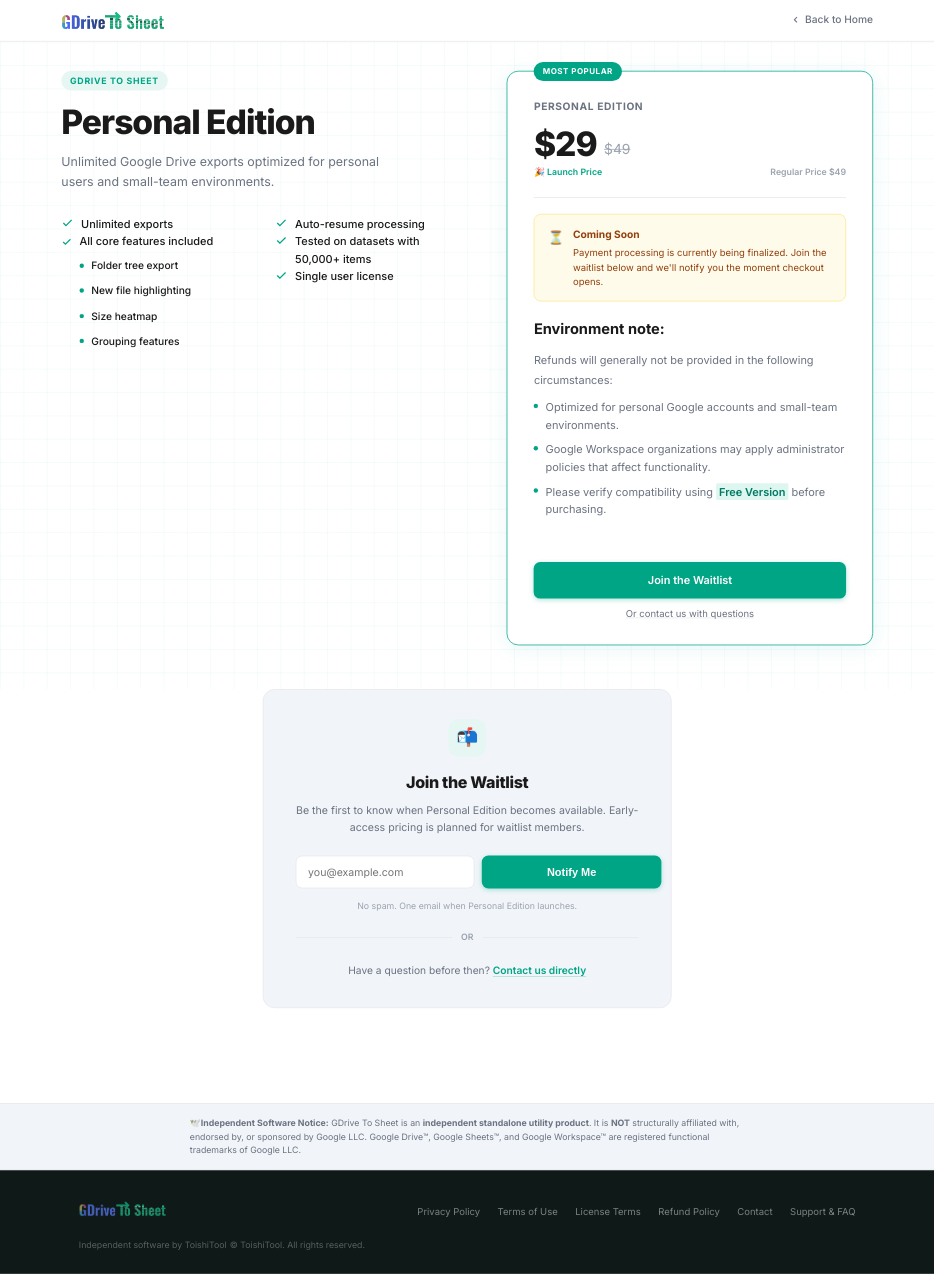
Repository: toishitool/gdrive-to-sheet
Page: personal-edition.html
The author's editor kept a copy of each file at every save. The page is drawn from the files as they stood at one save, then again after the next save.
The browser window is 1280 px wide. The pictures show the whole page, at 73% of full size.

Above is the page before, as saved 2026-06-21 22:05:48.

After the next save:
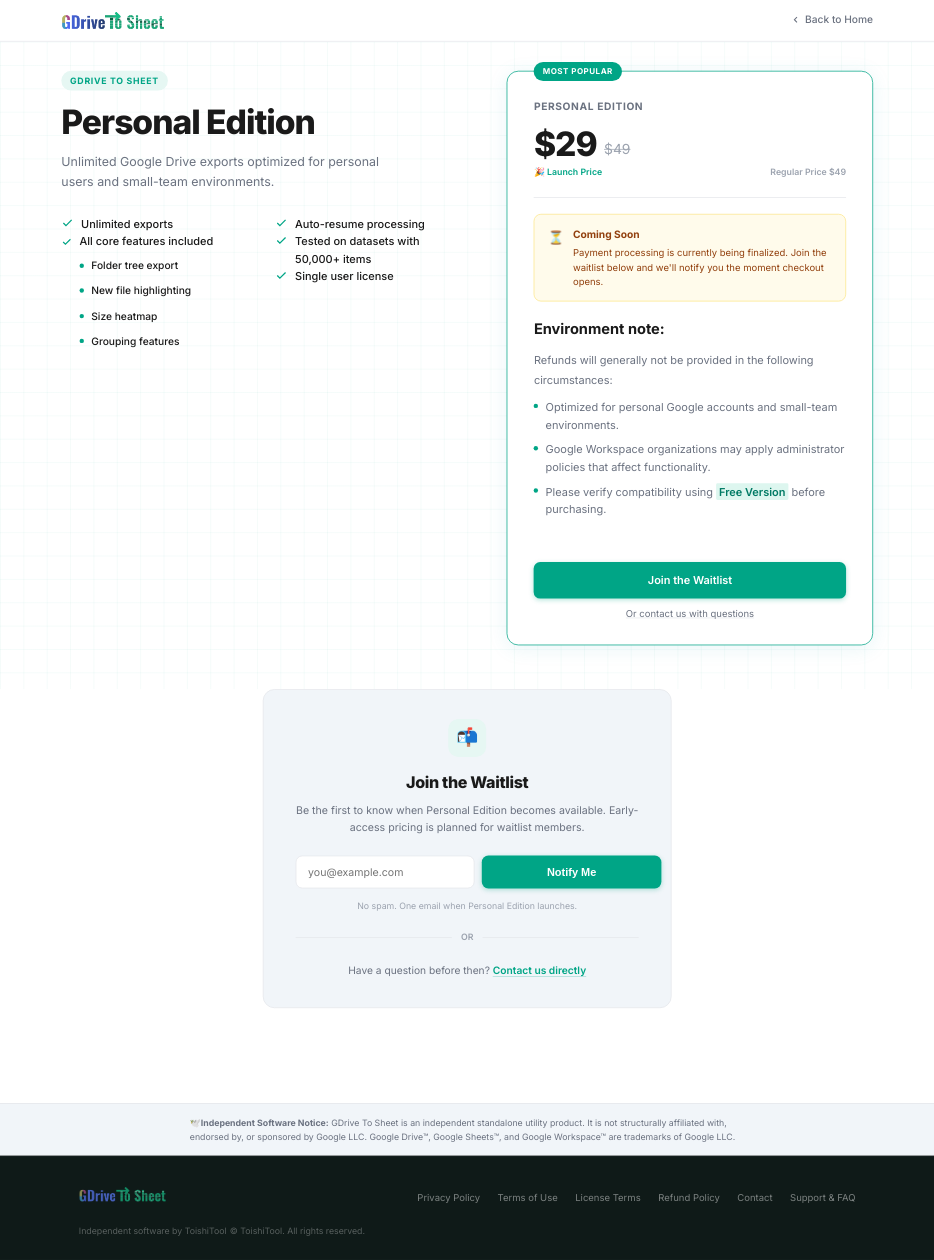
Saved 30 s later.
--- a/personal-edition.html
+++ b/personal-edition.html
@@ -166,12 +166,10 @@
       </div>
     </div>
   </section>
-  <div class="notice-block">
-    <p>🕊️<strong>Independent Software Notice:</strong> GDrive To Sheet is an <strong>independent standalone utility
-        product</strong>. It is <strong>NOT</strong> structurally affiliated with, endorsed by, or sponsored by Google
-      LLC. Google Drive™,
-      Google Sheets™, and Google Workspace™ are registered functional trademarks of Google LLC.</p>
-  </div>
+<div class="notice-block">
+            <p>🕊️<strong>Independent Software Notice:</strong> GDrive To Sheet is an independent standalone utility
+              product. It is not structurally affiliated with, endorsed by, or sponsored by Google LLC. Google Drive™, Google Sheets™, and Google Workspace™ are trademarks of Google LLC.</p>
+          </div>
   <div id="footer-container"></div>
   <script src="js/common.js"></script>
 
